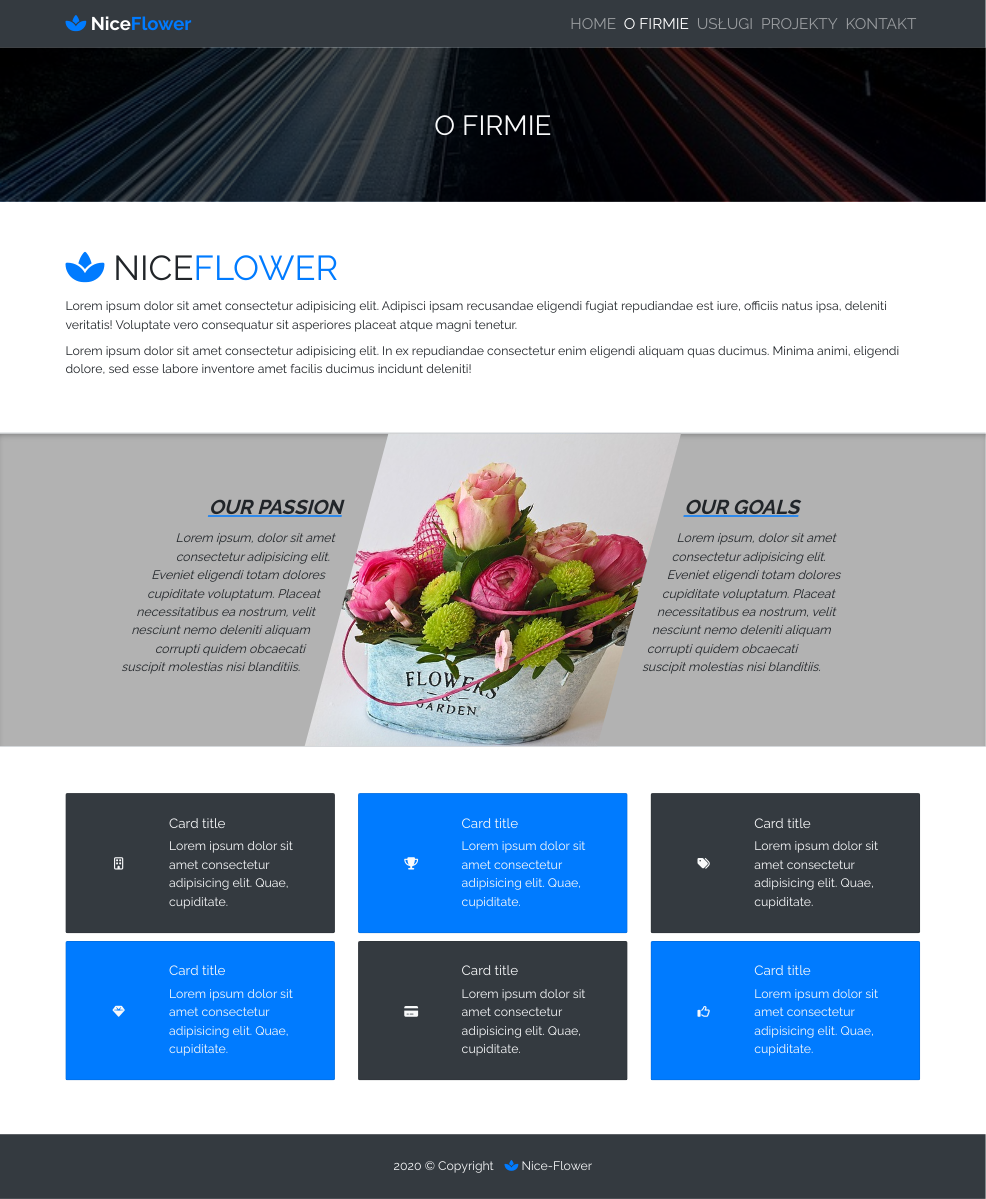
Repository: KrzysKolo/Projekt-13_Kwiaciarnia
Page: abouteus.html
The author's editor kept a copy of each file at every save. The page is drawn from the files as they stood at one save, then again after the next save.
The browser window is 1280 px wide. The pictures show the whole page, at 77% of full size.
Some web libraries are served in a nearby version.

Above is the page before, as saved 2020-08-10 10:33:31.

### abouteus.html
<!DOCTYPE html>
<html lang="pl">
  <head>
    <meta charset="UTF-8" />
    <meta name="viewport" content="width=device-width, initial-scale=1.0" />
    <title>Nice-Flower</title>
    <script
      src="https://kit.fontawesome.com/21efeaf281.js"
      crossorigin="anonymous"
    ></script>

    <link
      rel="stylesheet"
      href="https://stackpath.bootstrapcdn.com/bootstrap/4.5.0/css/bootstrap.min.css"
      integrity="sha384-9aIt2nRpC12Uk9gS9baDl411NQApFmC26EwAOH8WgZl5MYYxFfc+NcPb1dKGj7Sk"
      crossorigin="anonymous"
    />
    <link
      href="https://fonts.googleapis.com/css2?family=Raleway:wght@400;700&display=swap"
      rel="stylesheet"
    />
    <link rel="stylesheet" href="style.css" />
  </head>
  <body>
    <nav class="navbar navbar-expand-lg navbar-dark bg-dark py-3">
      <div class="container">
        <a class="navbar-brand" href="#"
          ><i class="fas fa-spa text-primary"></i> Nice<span
            class="text-primary"
            >Flower</span
          ></a
        >
        <button
          class="navbar-toggler border-0"
          type="button"
          data-toggle="collapse"
          data-target="#navbarNavAltMarkup"
          aria-controls="navbarNavAltMarkup"
          aria-expanded="false"
          aria-label="Toggle navigation"
        >
          <i class="fas fa-bars px-4"></i>
        </button>
        <div class="collapse navbar-collapse" id="navbarNavAltMarkup">
          <div class="navbar-nav ml-auto">
            <a class="nav-link" href="index.html">Home </a>
            <a class="nav-link active" href="#"
              >O firmie<span class="sr-only">(current)</span></a
            >
            <a class="nav-link" href="services.html">Usługi</a>
            <a class="nav-link" href="projects.html">Projekty</a>
            <a class="nav-link" href="contact.html">Kontakt</a>
          </div>
        </div>
      </div>
    </nav>

    <!-- MAIN -->
    <main>
      <section class="top-hero aboutus-hero">
        <div class="hero-shadow"></div>
        <p class="top-hero-text text-light">O firmie</p>
      </section>
      <section class="aboutus-top p-5">
        <div class="row">
          <div class="container py-5">
            <p class="display-3">
              <i class="fas fa-spa text-primary"></i> Nice<span
                class="text-primary"
                >Flower</span
              >
            </p>
            <p>
              Lorem ipsum dolor sit amet consectetur adipisicing elit. Adipisci
              ipsam recusandae eligendi fugiat repudiandae est iure, officiis
              natus ipsa, deleniti veritatis! Voluptate vero consequatur sit
              asperiores placeat atque magni tenetur.
            </p>
            <p>
              Lorem ipsum dolor sit amet consectetur adipisicing elit. In ex
              repudiandae consectetur enim eligendi aliquam quas ducimus. Minima
              animi, eligendi dolore, sed esse labore inventore amet facilis
              ducimus incidunt deleniti!
            </p>
          </div>
        </div>
      </section>
      <section class="border-top border-bottom aboutus-info aboutus-shadow">
        <div class="container">
          <div class="row m-0 justify-content-center">
            <div class="col-lg-3 aboutus-text abouts-text-left">
              <h3>our passion</h3>
              <p>
                Lorem ipsum, dolor sit amet consectetur adipisicing elit.
                Eveniet eligendi totam dolores cupiditate voluptatum. Placeat
                necessitatibus ea nostrum, velit nesciunt nemo deleniti aliquam
                corrupti quidem obcaecati suscipit molestias nisi blanditiis.
              </p>
            </div>
            <div class="d-lg-none col aboutus-img"></div>
            <div class="d-none d-lg-block col-lg-4 aboutus-img"></div>
            <div class="col-lg-3 aboutus-text abouts-text-right">
              <h3>our goals</h3>
              <p>
                Lorem ipsum, dolor sit amet consectetur adipisicing elit.
                Eveniet eligendi totam dolores cupiditate voluptatum. Placeat
                necessitatibus ea nostrum, velit nesciunt nemo deleniti aliquam
                corrupti quidem obcaecati suscipit molestias nisi blanditiis.
              </p>
            </div>
          </div>
        </div>
      </section>
      <section class="aboutus-bottom py-5">
        <div class="container py-5 text-light">
          <div class="row row-cols-md-2 row-cols-lg-3">
            <div class="col-md-6 col-lg-4">
              <div class="card p-4 mb-3 bg-dark">
                <div class="row no-gutters">
                  <div
                    class="col-4 d-flex justify-content-center align-items-center"
                  >
                    <i class="far fa-building"></i>
                  </div>
                  <div class="col-8">
                    <div class="card-body">
                      <h3 class="card-title">Card title</h3>
                      <p class="card-text">
                        Lorem ipsum dolor sit amet consectetur adipisicing elit.
                        Quae, cupiditate.
                      </p>
                    </div>
                  </div>
                </div>
              </div>
            </div>
            <div class="col-md-6 col-lg-4">
              <div class="card p-4 mb-3 bg-primary">
                <div class="row no-gutters">
                  <div
                    class="col-4 d-flex justify-content-center align-items-center"
                  >
                    <i class="fas fa-trophy"></i>
                  </div>
                  <div class="col-8">
                    <div class="card-body">
                      <h3 class="card-title">Card title</h3>
                      <p class="card-text">
                        Lorem ipsum dolor sit amet consectetur adipisicing elit.
                        Quae, cupiditate.
                      </p>
                    </div>
                  </div>
                </div>
              </div>
            </div>
            <div class="col-md-6 col-lg-4">
              <div class="card p-4 mb-3 bg-dark">
                <div class="row no-gutters">
                  <div
                    class="col-4 d-flex justify-content-center align-items-center"
                  >
                    <i class="fas fa-tags"></i>
                  </div>
                  <div class="col-8">
                    <div class="card-body">
                      <h3 class="card-title">Card title</h3>
                      <p class="card-text">
                        Lorem ipsum dolor sit amet consectetur adipisicing elit.
                        Quae, cupiditate.
                      </p>
                    </div>
                  </div>
                </div>
              </div>
            </div>
            <div class="col-md-6 col-lg-4">
              <div class="card p-4 mb-3 bg-primary">
                <div class="row no-gutters">
                  <div
                    class="col-4 d-flex justify-content-center align-items-center"
                  >
                    <i class="fas fa-gem"></i>
                  </div>
                  <div class="col-8">
                    <div class="card-body">
                      <h3 class="card-title">Card title</h3>
                      <p class="card-text">
                        Lorem ipsum dolor sit amet consectetur adipisicing elit.
                        Quae, cupiditate.
                      </p>
                    </div>
                  </div>
                </div>
              </div>
            </div>
            <div class="col-md-6 col-lg-4">
              <div class="card p-4 mb-3 bg-dark">
                <div class="row no-gutters">
                  <div
                    class="col-4 d-flex justify-content-center align-items-center"
                  >
                    <i class="fas fa-credit-card"></i>
                  </div>
                  <div class="col-8">
                    <div class="card-body">
                      <h3 class="card-title">Card title</h3>
                      <p class="card-text">
                        Lorem ipsum dolor sit amet consectetur adipisicing elit.
                        Quae, cupiditate.
                      </p>
                    </div>
                  </div>
                </div>
              </div>
            </div>
            <div class="col-md-6 col-lg-4">
              <div class="card p-4 mb-3 bg-primary">
                <div class="row no-gutters">
                  <div
                    class="col-4 d-flex justify-content-center align-items-center"
                  >
                    <i class="far fa-thumbs-up"></i>
                  </div>
                  <div class="col-8">
                    <div class="card-body">
                      <h3 class="card-title">Card title</h3>
                      <p class="card-text">
                        Lorem ipsum dolor sit amet consectetur adipisicing elit.
                        Quae, cupiditate.
                      </p>
                    </div>
                  </div>
                </div>
              </div>
            </div>
          </div>
        </div>
      </section>
    </main>
    <footer class="bg-dark text-light">
      <p class="py-5 px-3 mb-0 text-center">
        2020 &copy; Copyright
        <i class="ml-3 fas fa-spa text-primary"></i> Nice-Flower
      </p>
    </footer>
    <script
      src="https://code.jquery.com/jquery-3.5.1.slim.min.js"
      integrity="sha384-DfXdz2htPH0lsSSs5nCTpuj/zy4C+OGpamoFVy38MVBnE+IbbVYUew+OrCXaRkfj"
      crossorigin="anonymous"
    ></script>
    <script
      src="https://cdn.jsdelivr.net/npm/popper.js@1.16.0/dist/umd/popper.min.js"
      integrity="sha384-Q6E9RHvbIyZFJoft+2mJbHaEWldlvI9IOYy5n3zV9zzTtmI3UksdQRVvoxMfooAo"
      crossorigin="anonymous"
    ></script>
    <script
      src="https://stackpath.bootstrapcdn.com/bootstrap/4.5.0/js/bootstrap.min.js"
      integrity="sha384-OgVRvuATP1z7JjHLkuOU7Xw704+h835Lr+6QL9UvYjZE3Ipu6Tp75j7Bh/kR0JKI"
      crossorigin="anonymous"
    ></script>
  </body>
</html>

### style.css
* {
  box-sizing: border-box;
  margin: 0;
  padding: 0;
}
html {
  font-size: 62.5%;
}
body {
  font-family: "Raleway", sans-serif;
  font-size: 1.6rem;
}
.hero-shadow {
  position: absolute;
  top: 0;
  width: 100%;
  height: 100%;
  background-color: rgba(0, 0, 0, 0.7);
  z-index: -1;
}
.additional-text {
  font-size: 1.8rem;
}
.top-hero {
  position: relative;
  height: 20rem;
  background-size: cover;
  z-index: 0;
}
.top-hero-text {
  display: flex;
  justify-content: center;
  align-items: center;
  height: 100%;
  font-size: 3.6rem;
  text-transform: uppercase;
}
/* ----------- */
/*  nawigacja  */
/* ----------- */
nav {
  font-size: 2rem;
  text-transform: uppercase;
}
.navbar-toggler {
  font-size: 3rem;
}
.navbar-brand {
  font-size: 2.4rem;
  font-weight: bold;
  text-transform: none;
}
/* ----------- */
/*    header   */
/* ----------- */
header {
  font-size: 2rem;
}
.carousel-item {
  position: relative;
  height: 400px;
  background-position: center;
  background-size: cover;
  z-index: 0;
}
.carousel-img-one {
  background-image: url("./img/b1m.jpg");
}
.carousel-img-two {
  background-image: url("./img/b2m.jpg");
}
.carousel-img-three {
  background-image: url("./img/b4m.jpg");
}
/* ----------- */
/*     main    */
/* ----------- */
.home-boxes {
  padding: 5rem 0;
}
.home-box i {
  font-size: 4rem;
}
.home-box h3 {
  font-size: 2.6rem;
}
/* ----------- */
.home-passion {
  position: relative;
  height: 350px;
  background-image: url("./img/b8m.jpg");
  background-position: center;
  background-size: cover;
  z-index: 0;
}
/* ----------- */
.home-brand h3 {
  font-size: 3rem;
  font-weight: bold;
}
/* ----------- */
/*   aboutus   */
/* ----------- */
.aboutus-hero {
  background-image: url("./img/obrazek1.jpg");
  background-position: bottom;
}
/* ----------- */
.aboutus-top .display-3 {
  text-transform: uppercase;
}
/* ----------- */
.aboutus-info {
  background-color: rgba(0, 0, 0, 0.3);
}
.aboutus-info .container {
  padding: 2em 0.5em;
}
.aboutus-text {
  padding: 1.8rem;
}
.aboutus-text h3 {
  margin-bottom: 0.5em;
  font-size: 2.6rem;
  text-transform: uppercase;
  font-weight: bold;
  text-decoration: underline #007bff;
}
.abouts-text-right {
  text-align: right;
}
.aboutus-img {
  height: 300px;
  background-image: url("./img/b5m.jpg");
  background-position: center;
  background-size: cover;
}
/* ----------- */
/*    footer   */
/* ----------- */
footer {
  font-size: 1.6rem;
}
@media (min-width: 992px) {
  .aboutus-info .container {
    padding: 0;
  }
  .aboutus-shadow {
    box-shadow: inset 0 5px 10px -5px rgba(0, 0, 0, 0.4);
  }
  .aboutus-text {
    padding: 5em 0;
    transform: skew(-15deg);
  }
  .abouts-text-left {
    padding-right: 2em;
    text-align: right;
  }
  .abouts-text-right {
    padding-left: 2em;
    text-align: left;
  }
  .aboutus-img {
    height: auto;
    transform: skew(-15deg);
  }
}
@media (min-width: 1400px) {
  .carousel-item {
    height: 600px;
  }
  .carousel-img-one {
    background-image: url("./img/b1.jpg");
  }
  .carousel-img-two {
    background-image: url("./img/b2.jpg");
  }
  .carousel-img-three {
    background-image: url("./img/b4.jpg");
  }
}

After the next save:
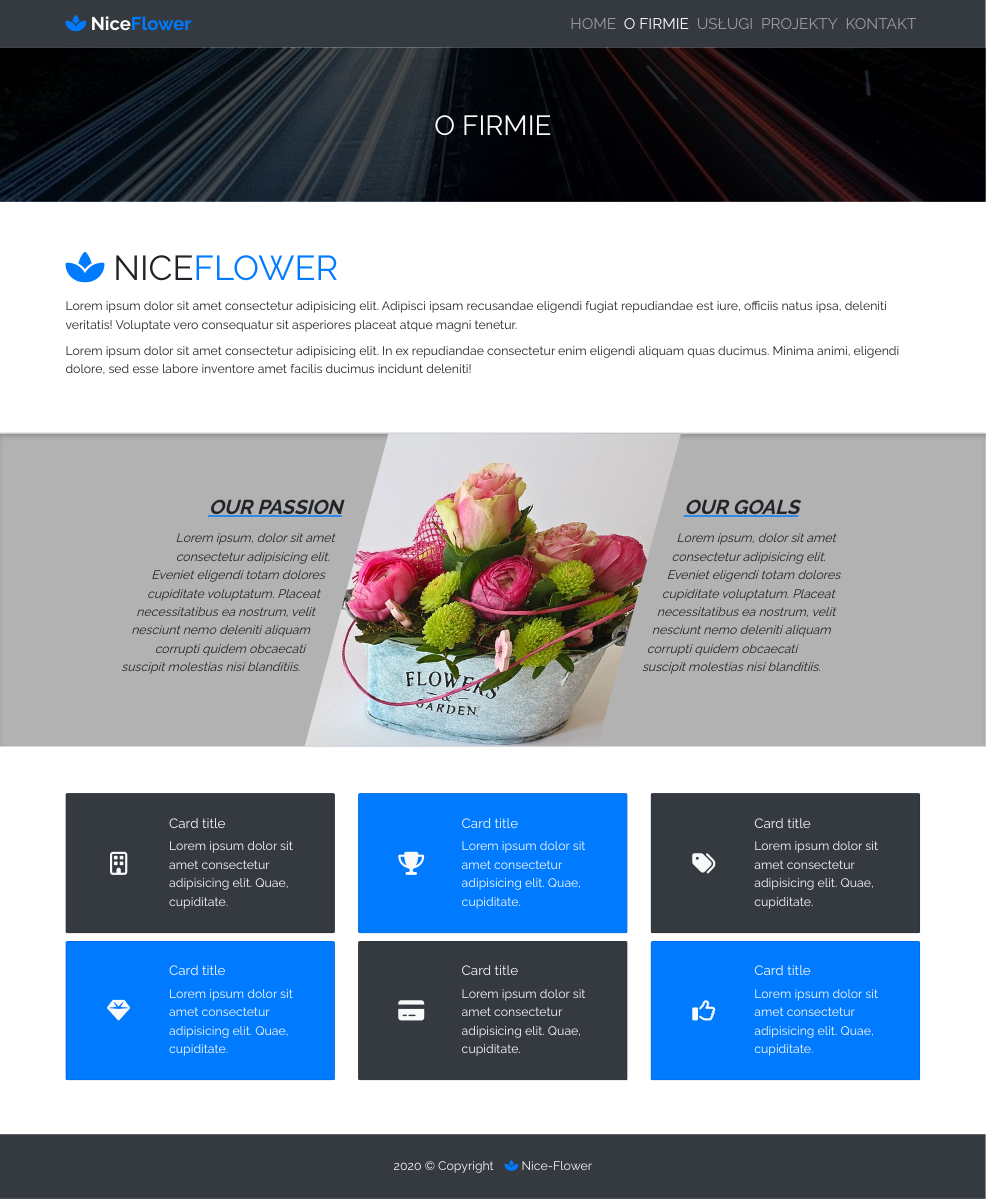
Saved 5 min 18 s later.
--- a/style.css
+++ b/style.css
@@ -136,6 +136,10 @@ header {
   background-size: cover;
 }
 /* ----------- */
+.aboutus-bottom i {
+  font-size: 3rem;
+}
+/* ----------- */
 /*    footer   */
 /* ----------- */
 footer {
